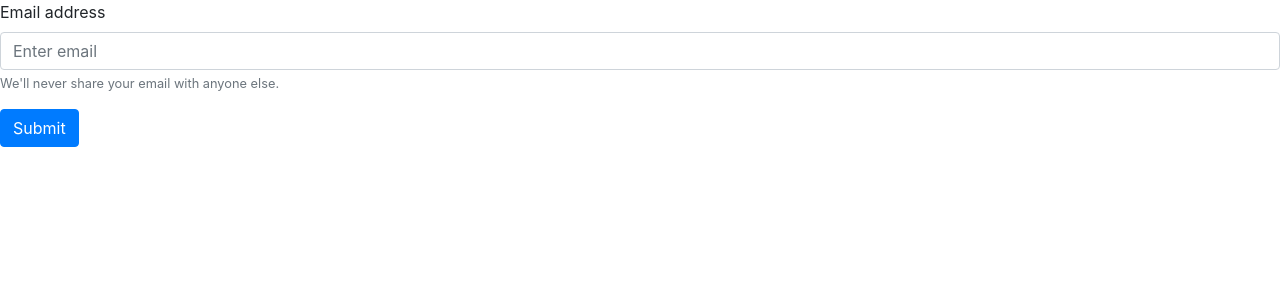
Repository: parvaizsajad/SpringFrameWork
Page: http://localhost/com.spring.mvc/form
An editor plug-in stored every save of this project. The page is shown before and after the next save, followed by the edit.
The browser window is 1280 px wide. The pictures show the whole page.
Some web libraries are served in a nearby version. The page is served by Tomcat 9.

Above is the page before, as saved 2021-09-09 17:13:04.

After the next save:
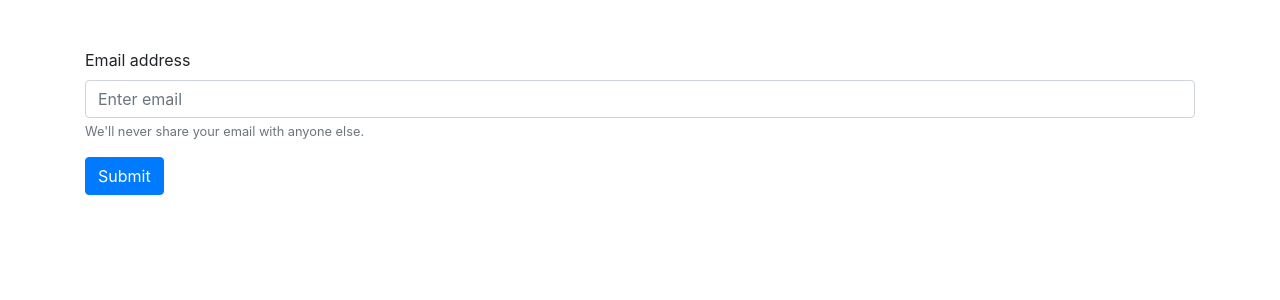
Saved 54 s later.
--- a/com.spring.mvc/src/main/webapp/WEB-INF/views/form.jsp
+++ b/com.spring.mvc/src/main/webapp/WEB-INF/views/form.jsp
@@ -15,7 +15,7 @@
   <body>
    <!-- form -->
 
-   <form mt-5>
+   <form class="container mt-5">
   <div class="form-group">
     <label for="exampleInputEmail1">Email address</label>
     <input type="email" class="form-control" id="exampleInputEmail1" aria-describedby="emailHelp" placeholder="Enter email">
